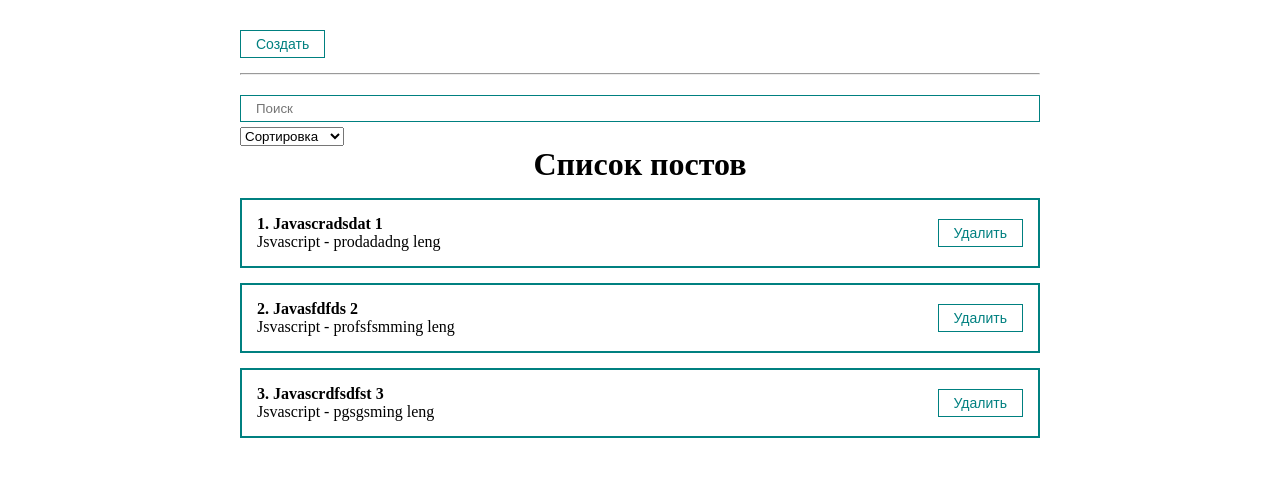
Repository: tsydikov/reactTodo
Page: /
These files come from the project's save history. The page is drawn as it stood at one moment and after the next save; the edit follows.
The browser window is 1280 px wide. The pictures show the whole page.
The project was rebuilt for these pictures with package versions that can differ from the ones it lists, and the page was loaded fresh each time.

Above is the page before, as saved 2021-08-29 18:25:47.

After the next save:
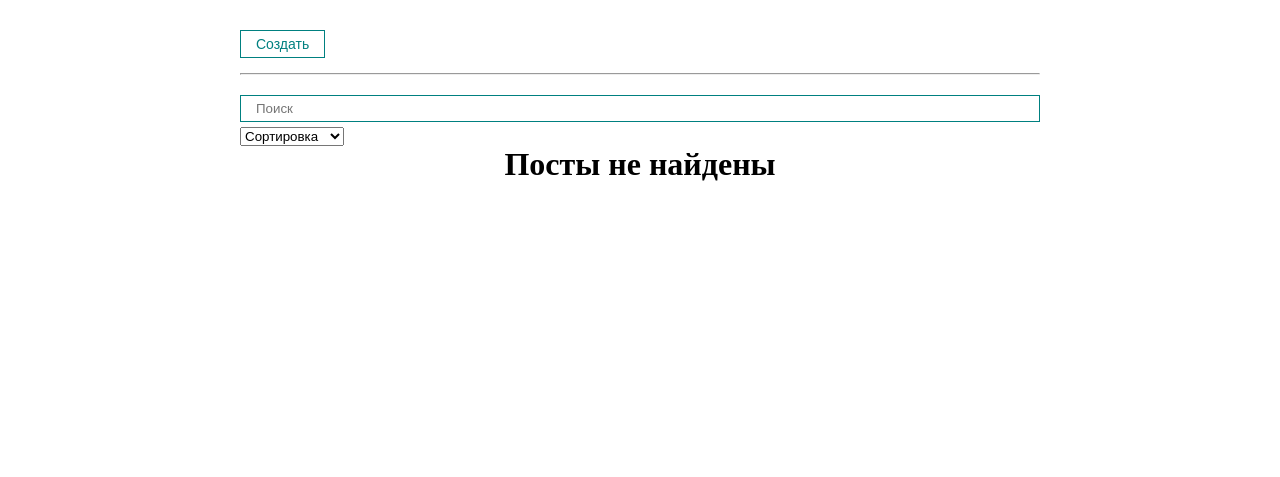
Saved 5 min 28 s later.
--- a/src/App.js
+++ b/src/App.js
@@ -8,11 +8,7 @@ import MyButton from './UI/button/MyButton';
 import MyModal from './UI/MyModal/MyModal';
 
 function App() {
-  const [posts, setPosts] = useState([
-    { id: 1, title: 'Javascradsdat 1', body: 'Jsvascript - prodadadng leng' },
-    { id: 2, title: 'Javasfdfds 2', body: 'Jsvascript - profsfsmming leng' },
-    { id: 3, title: 'Javascrdfsdfst 3', body: 'Jsvascript - pgsgsming leng' }
-  ])
+  const [posts, setPosts] = useState([])
   const [filter, setFilter] = useState({ sort: '', query: '' })
   const [modal, setModal] = useState(false)
   const sortedAndSerchedPosts = usePosts(posts, filter.sort, filter.query)
